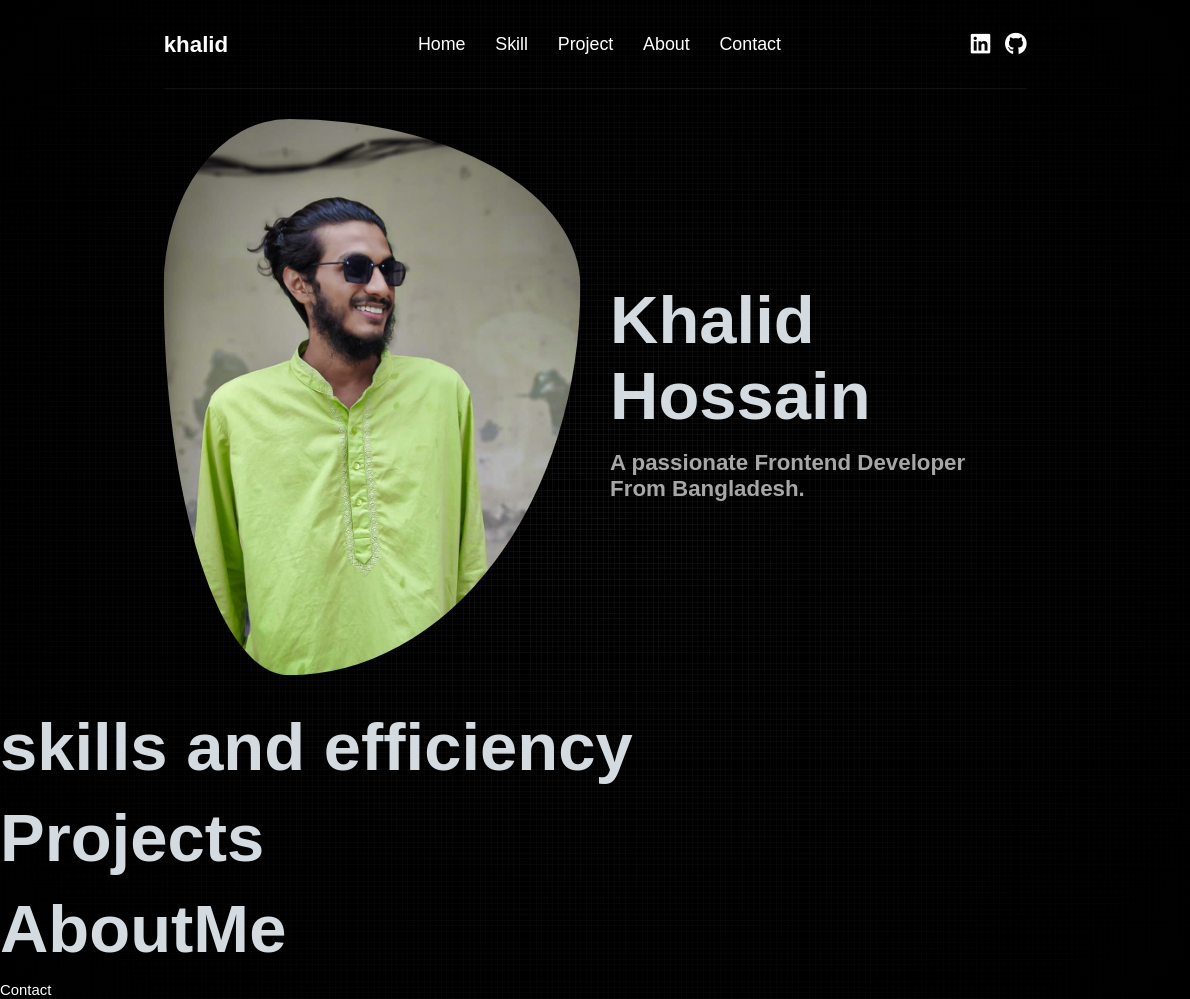
Repository: badhon252/my-portfolio
Page: /
An editor plug-in stored every save of this project. The page is shown before and after the next save, followed by the edit.
The browser window is 1280 px wide. The pictures show the whole page, at 93% of full size.
The project was rebuilt for these pictures with package versions that can differ from the ones it lists, and the page was loaded fresh each time. Also part of the build but not shown: src/Components/Home/Header/Navbar/Navs/LinkedIn/LinkedIn.module.css, src/Components/Home/Header/Navbar/Navs/GitHub/Github.module.css.

Above is the page before, as saved 2023-01-15 23:36:05.

After the next save:
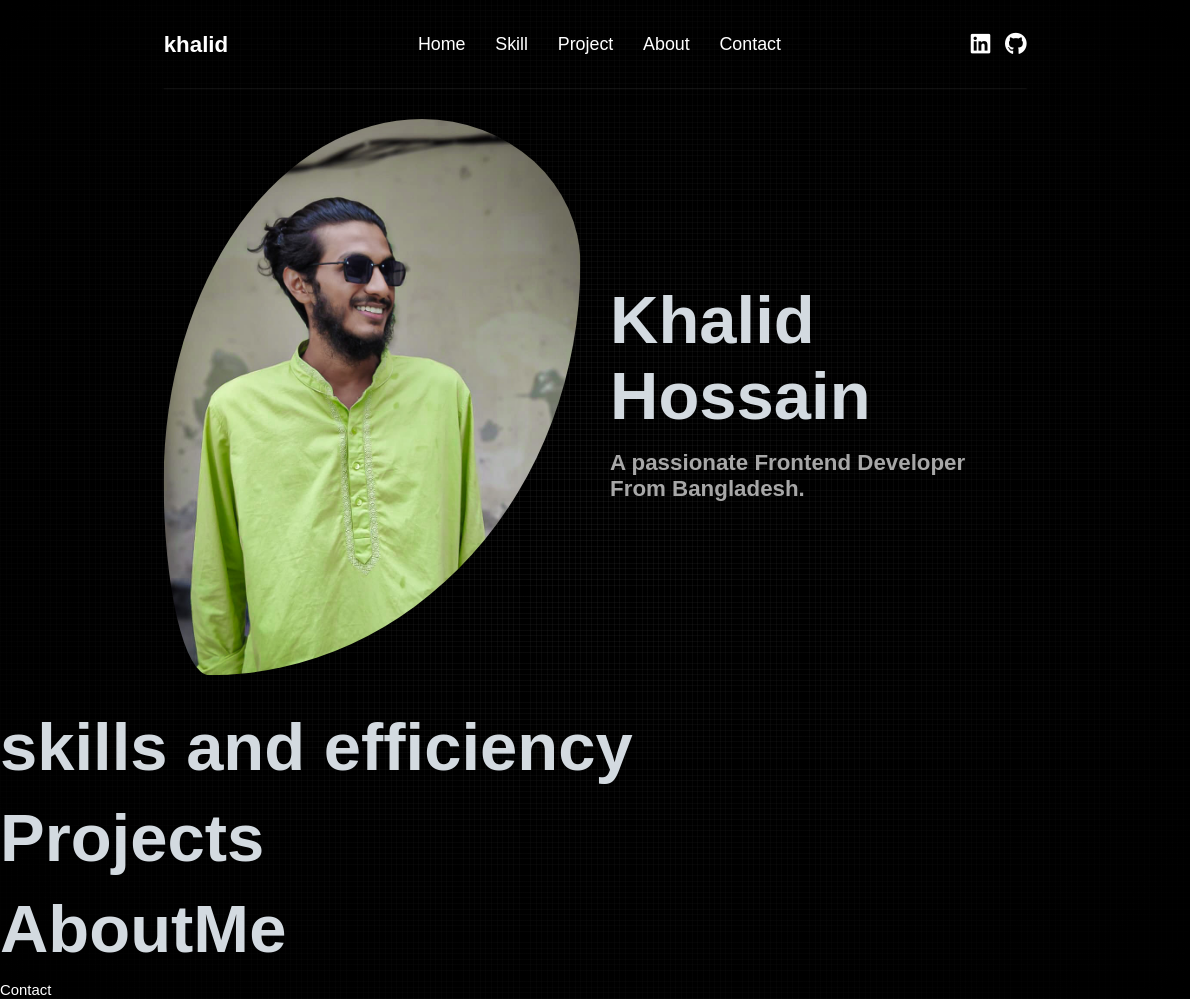
Saved 2 min 11 s later.
--- a/src/Components/Home/Header/HeaderContent/Header.module.css
+++ b/src/Components/Home/Header/HeaderContent/Header.module.css
@@ -20,7 +20,7 @@
     height: auto;
     box-sizing: border-box;
     overflow: hidden;
-    border-radius: 30% 70% 70% 30% / 30% 30% 70% 70%;
+    border-radius: 62% 38% 89% 11% / 65% 26% 74% 35%;
 }
 
 h1 {
